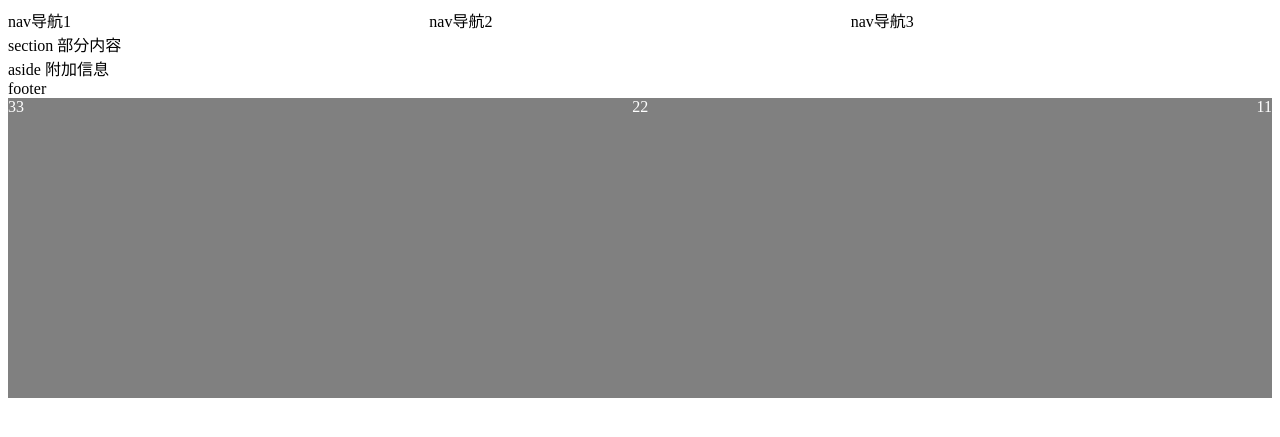
Repository: huangjianeng/front-end-study
Page: vue原理/html/flex.html
An editor plug-in stored every save of this project. The page is shown before and after the next save, followed by the edit.
The browser window is 1280 px wide. The pictures show the whole page.

Above is the page before, as saved 2020-07-31 11:29:41.

### vue原理/html/flex.html
<header>
    <nav>nav导航1</nav>
    <nav>nav导航2</nav>
    <nav>nav导航3</nav>
</header>
<section>section  部分内容</section>
<aside>aside 附加信息</aside>
<footer>footer</footer>
<div class="flex-wrap">
    <div>11</div>
    <div>22</div>
    <div>33</div>
</div>

<style>
    header{
        display: flex;
    }
    nav{
        flex-grow: 1;    /* 默认为0  不放大    */

        flex-shrink: 0;
    }
    .flex-wrap{
        width: 100%;
        height: 300px;
        background-color: grey;
        display: flex;
        justify-content: space-between;
        flex-direction: row-reverse;
    }
    .flex-wrap>div{
        color: white;
    }
</style>

After the next save:
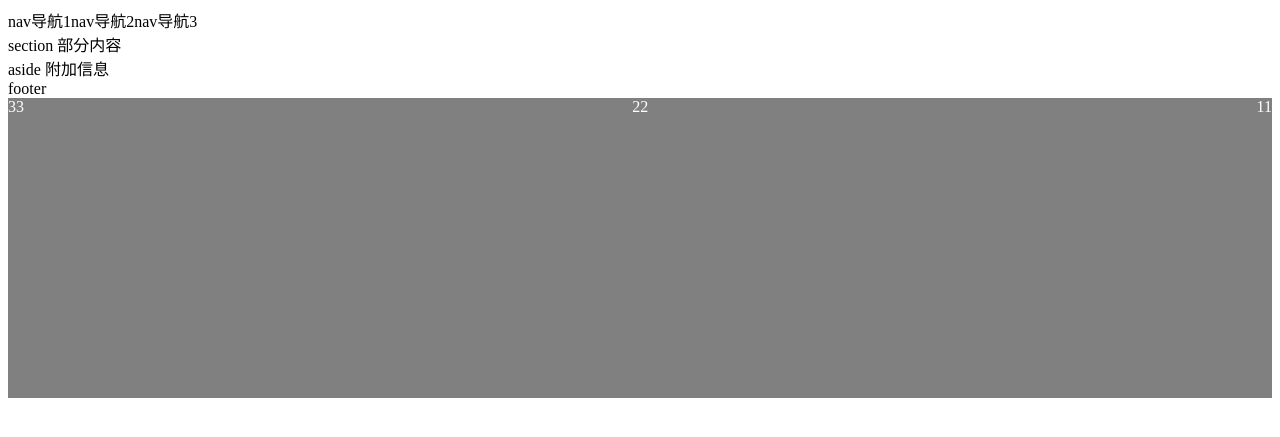
Saved 2 min 16 s later.
--- a/vue原理/html/flex.html
+++ b/vue原理/html/flex.html
@@ -17,9 +17,8 @@
         display: flex;
     }
     nav{
-        flex-grow: 1;    /* 默认为0  不放大    */
-
-        flex-shrink: 0;
+        flex-grow: 0;    /* 默认为0  不放大    */
+        flex-shrink: 1;   /* 默认为1  空间不足等比缩小 */
     }
     .flex-wrap{
         width: 100%;
